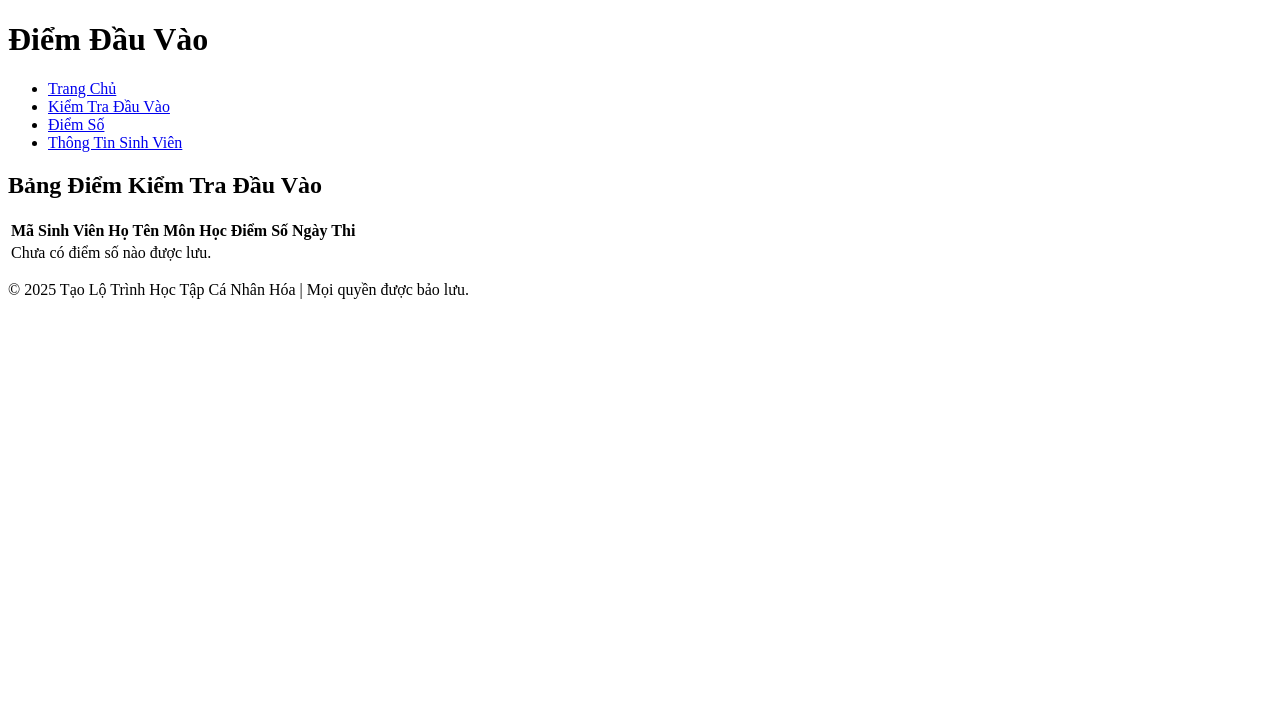
Repository: quankenda73/Prject_Final
Page: INDEX/diemdauvao.html
An editor plug-in stored every save of this project. The page is shown before and after the next save, followed by the edit.
The browser window is 1280 px wide. The pictures show the whole page.
The page's requests for data from a server got no answer.

Above is the page before, as saved 2025-03-27 13:27:38.

### INDEX/diemdauvao.html
<!DOCTYPE html>
<html lang="vi">
<head>
    <meta charset="UTF-8">
    <meta name="viewport" content="width=device-width, initial-scale=1.0">
    <title>Điểm Đầu Vào</title>
    <link rel="stylesheet" href="https://cdnjs.cloudflare.com/ajax/libs/font-awesome/6.0.0-beta3/css/all.min.css">
</head>
<body>
<header>
    <h1>Điểm Đầu Vào</h1>
</header>
<nav>
    <ul class="nav-list">
        <li><a href="/home">Trang Chủ</a></li>
        <li><a href="/input-test">Kiểm Tra Đầu Vào</a></li>
        <li><a href="/diemdauvao" class="active">Điểm Số</a></li>
        <li><a href="/student-info">Thông Tin Sinh Viên</a></li>
    </ul>
</nav>
<main>
    <div class="scores-container">
        <h2>Bảng Điểm Kiểm Tra Đầu Vào</h2>
        <table id="scoresTable">
            <thead>
                <tr>
                    <th>Mã Sinh Viên</th>
                    <th>Họ Tên</th>
                    <th>Môn Học</th>
                    <th>Điểm Số</th>
                    <th>Ngày Thi</th>
                </tr>
            </thead>
            <tbody id="scoresBody"></tbody>
        </table>
    </div>
</main>
<footer>
    <p>© 2025 Tạo Lộ Trình Học Tập Cá Nhân Hóa | Mọi quyền được bảo lưu.</p>
</footer>

<script>
document.addEventListener("DOMContentLoaded", async function() {
    const urlParams = new URLSearchParams(window.location.search);
    let studentId = urlParams.get('studentId');
    const tbody = document.querySelector('#scoresBody');

    let currentStudent;
    try {
        currentStudent = JSON.parse(localStorage.getItem('currentStudent'));
    } catch (error) {
        console.error('Error parsing currentStudent from localStorage:', error);
    }

    if (!studentId && currentStudent) {
        studentId = currentStudent.studentId;
    }

    let allScores;
    try {
        allScores = JSON.parse(localStorage.getItem('allScores')) || {};
    } catch (error) {
        console.error('Error parsing allScores from localStorage:', error);
        allScores = {};
    }

    if (studentId && !Array.isArray(allScores[studentId])) {
        allScores[studentId] = [];
    }

    async function displayScores(selectedStudentId = null) {
        tbody.innerHTML = '<tr><td colspan="5">Đang tải dữ liệu...</td></tr>';

        try {
            const response = await fetch(`http://localhost:3000/api/scores${selectedStudentId ? `?studentId=${selectedStudentId}` : ''}`, {
                method: 'GET',
                headers: { 'Content-Type': 'application/json' }
            });

            if (!response.ok) throw new Error('Không thể lấy điểm từ server');

            const data = await response.json();
            const scores = data.scores;

            if (scores && scores.length > 0) {
                scores.forEach(serverScore => {
                    if (!allScores[serverScore.studentId]) {
                        allScores[serverScore.studentId] = [];
                    }
                    const existingScore = allScores[serverScore.studentId].find(s => s._id === serverScore._id);
                    if (!existingScore) {
                        allScores[serverScore.studentId].push(serverScore);
                    }
                });
                localStorage.setItem('allScores', JSON.stringify(allScores));
            }
        } catch (error) {
            console.error('Lỗi khi lấy từ server:', error);
            // Nếu không có server, tiếp tục dùng dữ liệu từ localStorage
        }

        // Thêm latestScore vào allScores nếu có
        try {
            const latestScore = JSON.parse(localStorage.getItem('latestScore'));
            if (latestScore) {
                const sid = latestScore.studentId;
                if (!allScores[sid]) {
                    allScores[sid] = [];
                }
                const existingScore = allScores[sid].find(score => score.date === latestScore.date && score.subject === latestScore.subject);
                if (!existingScore) {
                    latestScore._id = latestScore._id || 'local_' + Date.now();
                    allScores[sid].push(latestScore);
                    localStorage.setItem('allScores', JSON.stringify(allScores));
                }
                // Chỉ xóa latestScore sau khi chắc chắn nó đã được lưu vào allScores
                localStorage.removeItem('latestScore');
            }
        } catch (error) {
            console.error('Error handling latestScore from localStorage:', error);
        }

        // Hiển thị điểm số
        tbody.innerHTML = '';
        if (selectedStudentId) {
            const filteredScores = allScores[selectedStudentId] || [];
            displayStudentScores(filteredScores, selectedStudentId);
        } else {
            let hasData = false;
            for (const sid in allScores) {
                if (allScores[sid].length > 0) {
                    displayStudentScores(allScores[sid], sid);
                    hasData = true;
                }
            }
            if (!hasData) {
                tbody.innerHTML = '<tr><td colspan="5">Chưa có điểm số nào được lưu.</td></tr>';
            }
        }
    }

    function displayStudentScores(scores, studentId) {
        const subjectMap = { 'math': 'Toán', 'literature': 'Ngữ Văn', 'physics': 'Vật Lý', 'english': 'Tiếng Anh', 'chemistry': 'Hóa Học' };
        scores.forEach(score => {
            const row = document.createElement('tr');
            row.innerHTML = `
                <td>${score.studentId}</td>
                <td>${score.name}</td>
                <td>${subjectMap[score.subject] || score.subject}</td>
                <td>${score.score}</td>
                <td>${score.date}</td>
            `;
            tbody.appendChild(row);
        });
    }

    // Gọi hàm hiển thị điểm số khi tải trang
    displayScores(studentId || null);
});
</script>
</body>
</html>

### CSS/input.css
/* input.css */
* {
    margin: 0;
    padding: 0;
    box-sizing: border-box;
    font-family: 'Poppins', 'Segoe UI', Arial, sans-serif;
}

/* Body */
body {
    background: linear-gradient(120deg, #0f2027, #203a43, #2c5364);
    background-size: 200% 200%;
    animation: gradientFlow 20s ease infinite;
    color: #e6e6e6;
    line-height: 1.6;
    overflow-x: hidden;
    position: relative;
}

/* Hiệu ứng nền động */
@keyframes gradientFlow {
    0% { background-position: 0% 0%; }
    50% { background-position: 100% 100%; }
    100% { background-position: 0% 0%; }
}

/* Header */
header {
    background: linear-gradient(135deg, #4facfe, #00f2fe); /* Gradient xanh dương nhạt và xanh ngọc sáng */
    color: #0a192f; /* Đổi màu chữ sang tối để nổi trên nền sáng */
    padding: 4.5rem 0;
    text-align: center;
    position: relative;
    box-shadow: 0 6px 25px rgba(0, 0, 0, 0.2);
    overflow: hidden;
}

.header-container::before {
    content: '';
    position: absolute;
    top: 0;
    left: 0;
    width: 100%;
    height: 100%;
    background: radial-gradient(circle, rgba(255, 255, 255, 0.2) 0%, rgba(0, 0, 0, 0.1) 100%);
    z-index: 0;
}

.header-container {
    max-width: 1200px;
    margin: 0 auto;
    padding: 0 20px;
    position: relative;
    z-index: 1;
}

.header-container h1 {
    font-size: 3.2rem;
    margin-bottom: 1rem;
    font-weight: 700;
    text-transform: uppercase;
    letter-spacing: 2.5px;
    animation: fadeInDown 1s ease;
    text-shadow: 0 2px 6px rgba(0, 0, 0, 0.3);
}

.header-container p {
    font-size: 1.4rem;
    max-width: 800px;
    margin: 0 auto;
    opacity: 0.9;
    font-weight: 300;
}

/* Navigation */
nav {
    background: rgba(255, 255, 255, 0.95);
    padding: 1.5rem 0;
    box-shadow: 0 6px 25px rgba(0, 0, 0, 0.15);
    position: sticky;
    top: 0;
    z-index: 1000;
    text-align: center;
}

nav a {
    color: #0a192f;
    text-decoration: none;
    padding: 14px 35px;
    margin: 0 15px;
    border-radius: 50px;
    font-weight: 600;
    font-size: 1.2rem;
    transition: all 0.4s ease;
    background: linear-gradient(135deg, #ffffff, #f7f9fc);
    box-shadow: 0 3px 10px rgba(0, 0, 0, 0.1);
    position: relative;
    overflow: hidden;
}

nav a:hover {
    background: linear-gradient(135deg, #ffd700, #f7b733);
    color: #0a192f;
    transform: translateY(-4px);
    box-shadow: 0 8px 25px rgba(255, 215, 0, 0.4);
}

/* Main Content */
main {
    max-width: 1200px;
    margin: 60px auto;
    padding: 0 20px;
}

section {
    background: rgba(255, 255, 255, 0.98);
    padding: 50px;
    border-radius: 25px;
    box-shadow: 0 8px 30px rgba(0, 0, 0, 0.1);
    text-align: center;
    margin-bottom: 50px;
    transition: transform 0.3s ease, box-shadow 0.3s ease;
}

section:hover {
    transform: translateY(-10px);
    box-shadow: 0 12px 40px rgba(0, 0, 0, 0.15);
}

section h2 {
    color: #1c3d5a;
    font-size: 2.4rem;
    margin-bottom: 25px;
    font-weight: 700;
    text-transform: uppercase;
    letter-spacing: 1.5px;
}

section p {
    font-size: 1.3rem;
    color: #4a5a6b;
    max-width: 800px;
    margin: 0 auto;
    font-weight: 300;
}

/* Features Section */
.features {
    display: grid;
    grid-template-columns: repeat(auto-fit, minmax(300px, 1fr));
    gap: 40px;
    margin-top: 30px;
}

.feature {
    background: rgba(255, 255, 255, 0.98);
    padding: 35px;
    border-radius: 20px;
    box-shadow: 0 6px 20px rgba(0, 0, 0, 0.08);
    text-align: center;
    transition: transform 0.3s ease, box-shadow 0.3s ease;
}

.feature:hover {
    transform: translateY(-8px);
    box-shadow: 0 10px 30px rgba(0, 0, 0, 0.12);
}

.feature h3 {
    color: #1c3d5a;
    font-size: 1.6rem;
    margin-bottom: 15px;
    font-weight: 600;
}

.feature p {
    font-size: 1.1rem;
    color: #4a5a6b;
    margin-bottom: 25px;
}

.btn {
    display: inline-block;
    padding: 14px 30px;
    background: linear-gradient(135deg, #ffd700, #f7b733);
    color: #0a192f;
    text-decoration: none;
    border-radius: 30px;
    font-size: 1.2rem;
    font-weight: 600;
    transition: all 0.4s ease;
    box-shadow: 0 4px 15px rgba(255, 215, 0, 0.3);
}

.btn:hover {
    background: linear-gradient(135deg, #f7b733, #ffd700);
    transform: scale(1.05);
    box-shadow: 0 8px 25px rgba(255, 215, 0, 0.5);
}

/* Footer */
.footer-container {
    background: linear-gradient(135deg, #0a192f, #1c3d5a);
    color: #e6e6e6;
    text-align: center;
    padding: 50px 0;
    margin-top: 80px;
    box-shadow: 0 -4px 20px rgba(0, 0, 0, 0.25);
}

.footer-container p {
    font-size: 1.1rem;
    opacity: 0.8;
    font-weight: 300;
    margin-bottom: 25px;
}

.social-icons {
    display: flex;
    justify-content: center;
    gap: 25px;
}

.social-icons a {
    display: inline-block;
    transition: transform 0.3s ease;
}

.social-icons img {
    width: 45px;
    height: 45px;
    border-radius: 50%;
    box-shadow: 0 3px 10px rgba(0, 0, 0, 0.2);
    transition: all 0.3s ease;
}

.social-icons a:hover img {
    transform: scale(1.2);
    box-shadow: 0 6px 20px rgba(0, 0, 0, 0.3);
}

/* Animations */
@keyframes fadeInDown {
    from { opacity: 0; transform: translateY(-20px); }
    to { opacity: 1; transform: translateY(0); }
}

@keyframes gradientFlow {
    0% { background-position: 0% 0%; }
    50% { background-position: 100% 100%; }
    100% { background-position: 0% 0%; }
}

/* Responsive Design */
@media (max-width: 768px) {
    header {
        padding: 3rem 0;
    }

    .header-container h1 {
        font-size: 2.4rem;
    }

    .header-container p {
        font-size: 1.2rem;
        padding: 0 20px;
    }

    nav {
        padding: 1rem 0;
    }

    nav a {
        display: block;
        margin: 12px 0;
        padding: 12px 25px;
        font-size: 1.1rem;
    }

    section {
        padding: 30px;
        margin-bottom: 30px;
    }

    section h2 {
        font-size: 2rem;
    }

    .features {
        grid-template-columns: 1fr;
        gap: 25px;
    }

    .feature {
        padding: 25px;
    }

    .feature h3 {
        font-size: 1.4rem;
    }

    .btn {
        padding: 12px 25px;
        font-size: 1.1rem;
    }

    .social-icons img {
        width: 40px;
        height: 40px;
    }
}

After the next save:
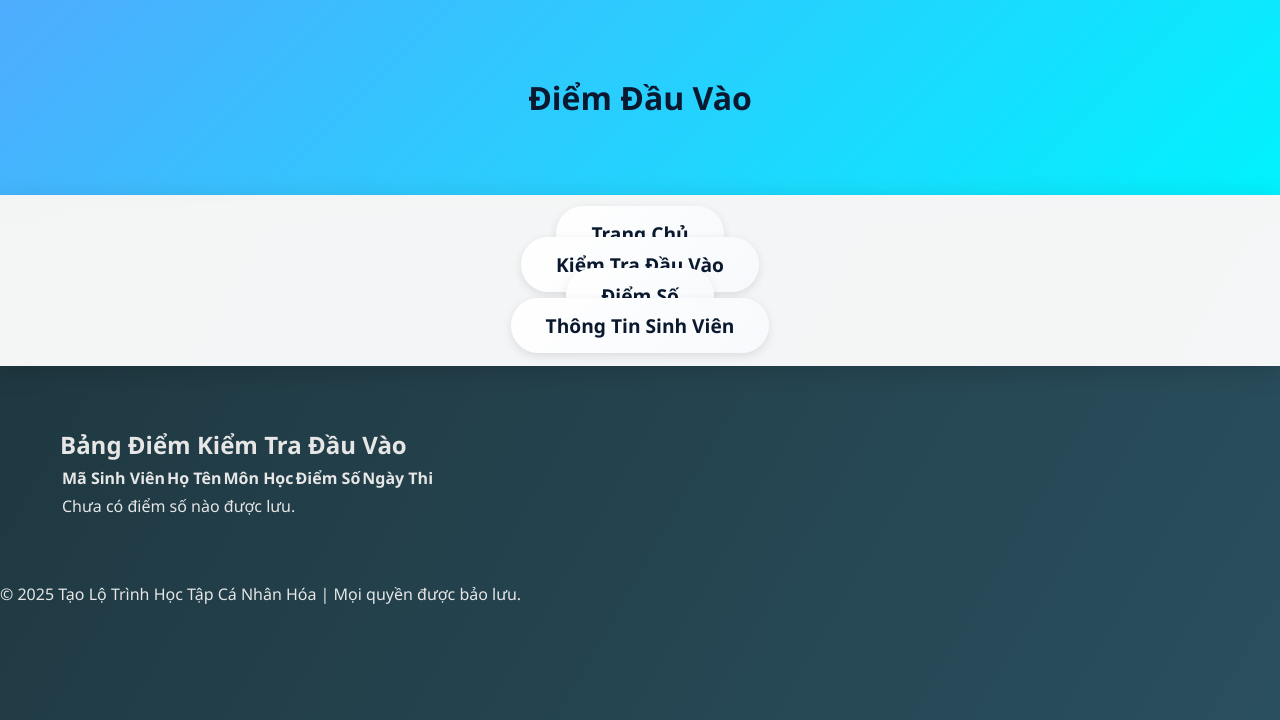
Saved 56 s later.
--- a/INDEX/diemdauvao.html
+++ b/INDEX/diemdauvao.html
@@ -4,6 +4,7 @@
     <meta charset="UTF-8">
     <meta name="viewport" content="width=device-width, initial-scale=1.0">
     <title>Điểm Đầu Vào</title>
+    <link rel="stylesheet" href="../CSS/input.css">
     <link rel="stylesheet" href="https://cdnjs.cloudflare.com/ajax/libs/font-awesome/6.0.0-beta3/css/all.min.css">
 </head>
 <body>
